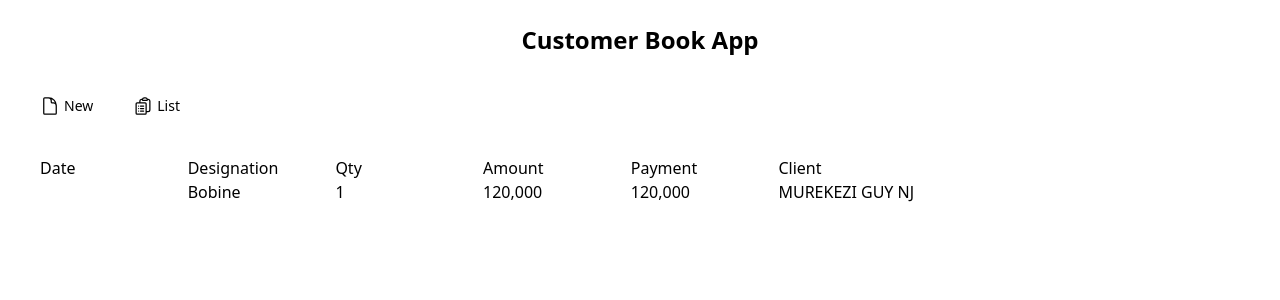
Repository: higirobruce/customerbookapp
Page: /
The author's editor kept a copy of each file at every save. The page is drawn from the files as they stood at one save, then again after the next save.
The browser window is 1280 px wide. The pictures show the whole page.
The project was rebuilt for these pictures with package versions that can differ from the ones it lists, and the page was loaded fresh each time. The framework's server and built-in components were replaced by stand-ins that run in the browser. Also part of the build but not shown: next.config.js, components/layout/sidebar.js.

Above is the page before, as saved 2022-11-24 16:46:52.

After the next save:
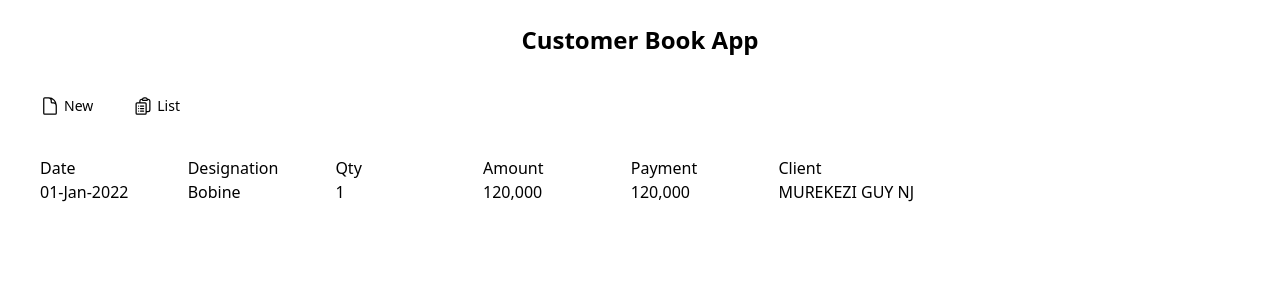
Saved 11 s later.
--- a/components/layout/mainScreen.js
+++ b/components/layout/mainScreen.js
@@ -7,7 +7,7 @@ import RecordsTable from "../common/records";
 
 const records = [
   {
-    data: "01-Jan-2022",
+    date: "01-Jan-2022",
     designation: "Bobine",
     qty: "1",
     amount: "120,000",
